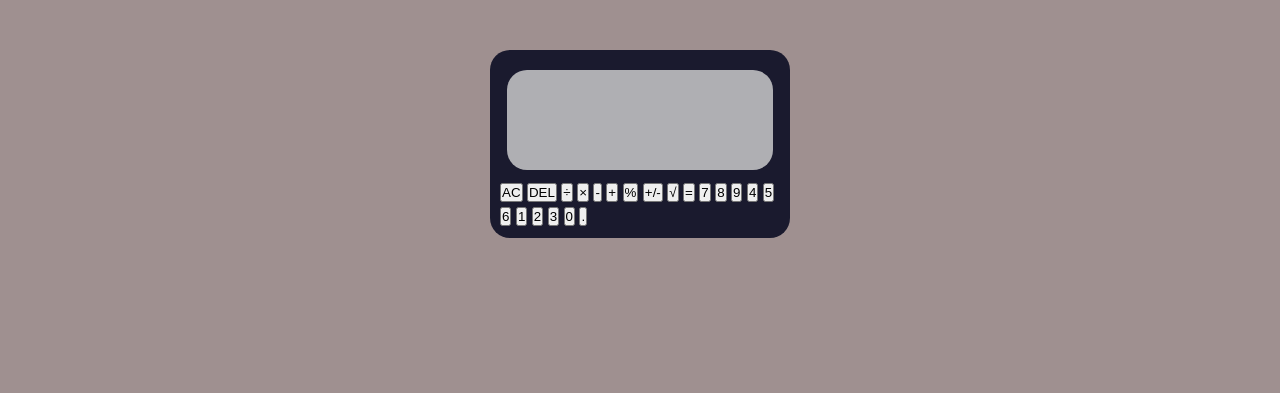
Repository: MikkyPrestige/js-calculator
Page: index.html
These files come from the project's save history. The page is drawn as it stood at one moment and after the next save; the edit follows.
The browser window is 1280 px wide. The pictures show the whole page.

Above is the page before, as saved 2023-05-08 01:11:11.

After the next save:
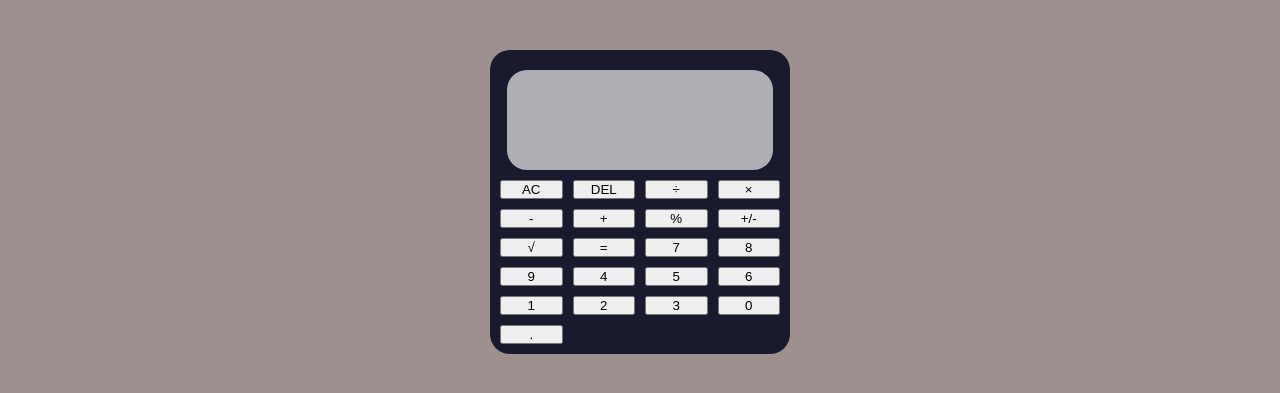
Saved 28 s later.
--- a/index.css
+++ b/index.css
@@ -73,3 +73,11 @@ main {
   font-weight: 400;
   color: rgba(0, 0, 0, 0.5);
 }
+
+.btns {
+  display: grid;
+  grid-template-columns: repeat(4, 1fr);
+  grid-gap: 1rem;
+  width: 100%;
+  height: 100%;
+}
